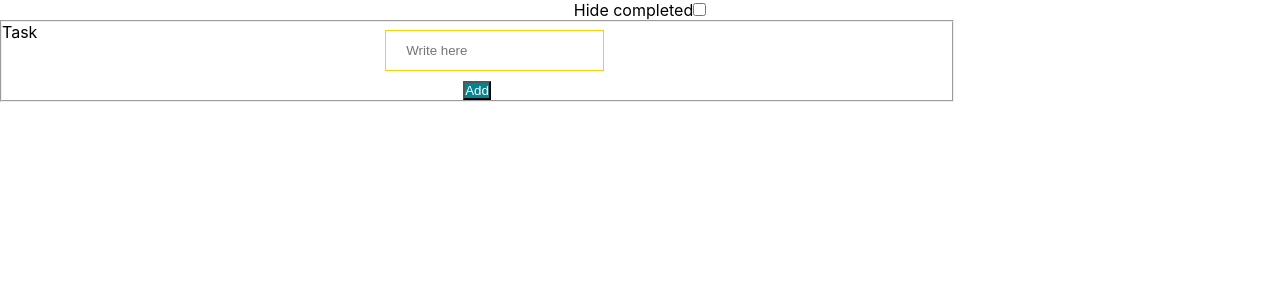
Repository: ArusyakAghajanyan/ToDoMamble
Page: /
The author's editor kept a copy of each file at every save. The page is drawn from the files as they stood at one save, then again after the next save.
The browser window is 1280 px wide. The pictures show the whole page.
The project was rebuilt for these pictures with package versions that can differ from the ones it lists, and the page was loaded fresh each time. Also part of the build but not shown: src/components/ToDoItem.jsx, src/components/confirm.css, src/components/Confirm.jsx.

Above is the page before, as saved 2022-05-23 00:24:33.

After the next save:
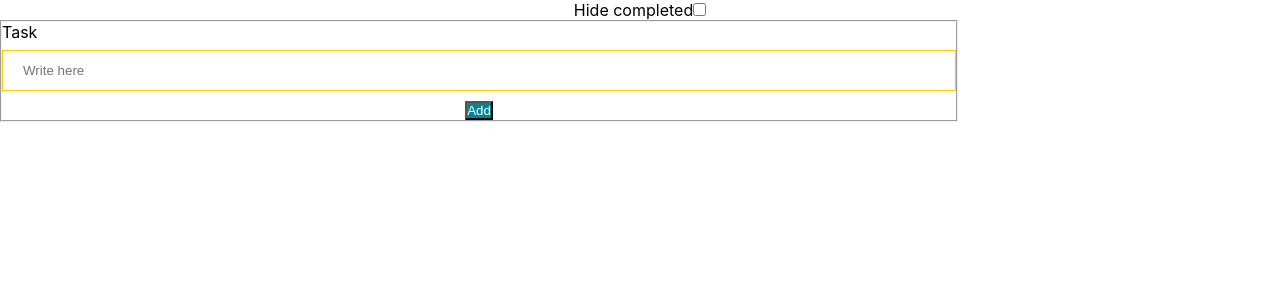
Saved 16 s later.
--- a/src/components/addItem.css
+++ b/src/components/addItem.css
@@ -9,7 +9,7 @@
 }
 #inputText{
     position: center;
-
+    width: 954px;
     padding: 12px 20px;
     margin: 8px 0;
     border: 1px solid #FFCD04;
